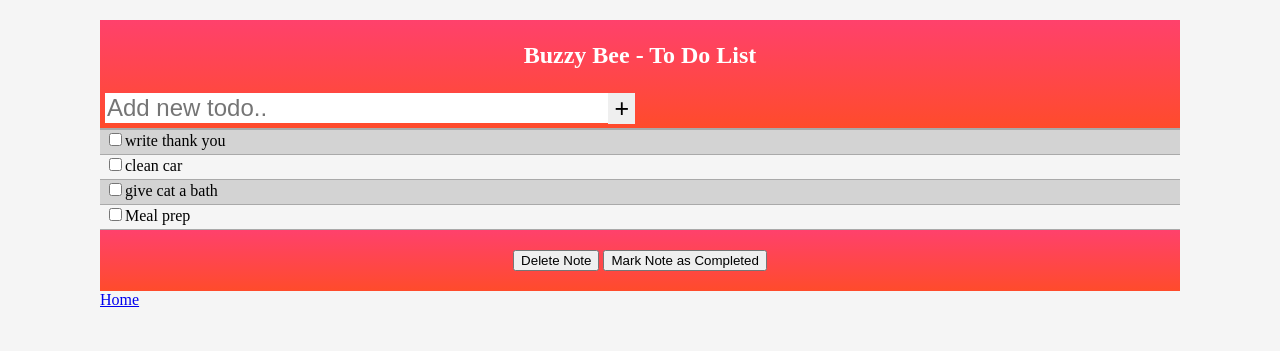
Repository: seleniadelgado/backend-spring2020-angie
Page: projects/todo/public_html/index.html
The author's editor kept a copy of each file at every save. The page is drawn from the files as they stood at one save, then again after the next save.
The browser window is 1280 px wide. The pictures show the whole page.
The page's requests for data from a server got no answer.

Above is the page before, as saved 2020-05-13 15:56:51.

After the next save:
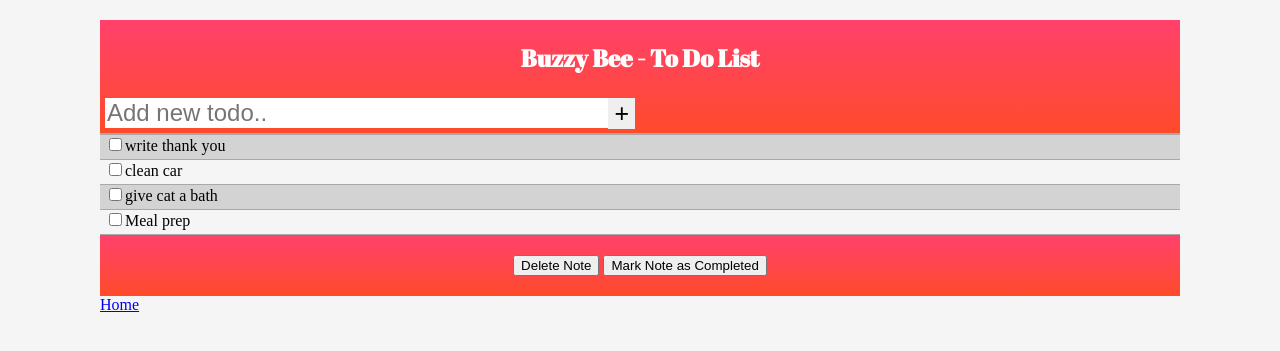
Saved 24 s later.
--- a/projects/todo/public_html/styles.css
+++ b/projects/todo/public_html/styles.css
@@ -19,6 +19,7 @@ body {
     text-align: center;
     border-bottom: 2px solid darkgray;
     margin-top: 0%;
+    font-family: 'Abril Fatface', cursive;
 }
 
 .appTitle h2 {
@@ -66,7 +67,7 @@ body {
     padding-left: 5px;
 }
 .container {
-
+    font:
 }
 .buttonsArea {
     background: var(--main-color);
